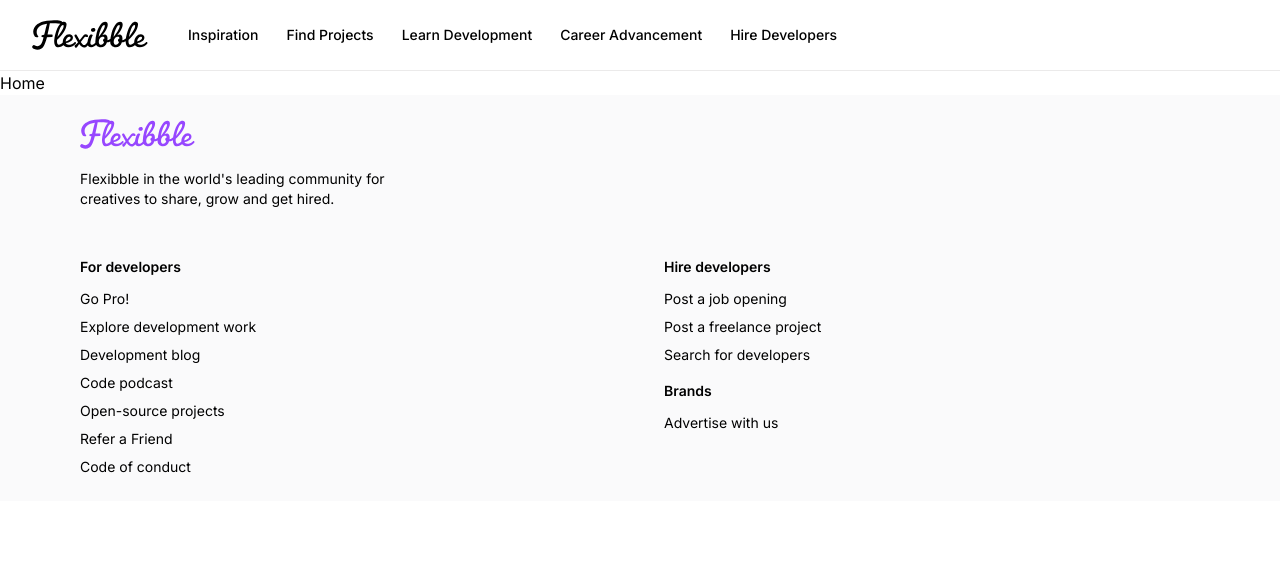
Repository: nazmulislam4/flexibble
Page: /
These files come from the project's save history. The page is drawn as it stood at one moment and after the next save; the edit follows.
The browser window is 1280 px wide. The pictures show the whole page.
The project was rebuilt for these pictures with package versions that can differ from the ones it lists, and the page was loaded fresh each time. The framework's server and built-in components were replaced by stand-ins that run in the browser. Also part of the build but not shown: next.config.mjs, src/components/AuthProvider.tsx.

Above is the page before, as saved 2024-03-12 01:30:12.

After the next save:
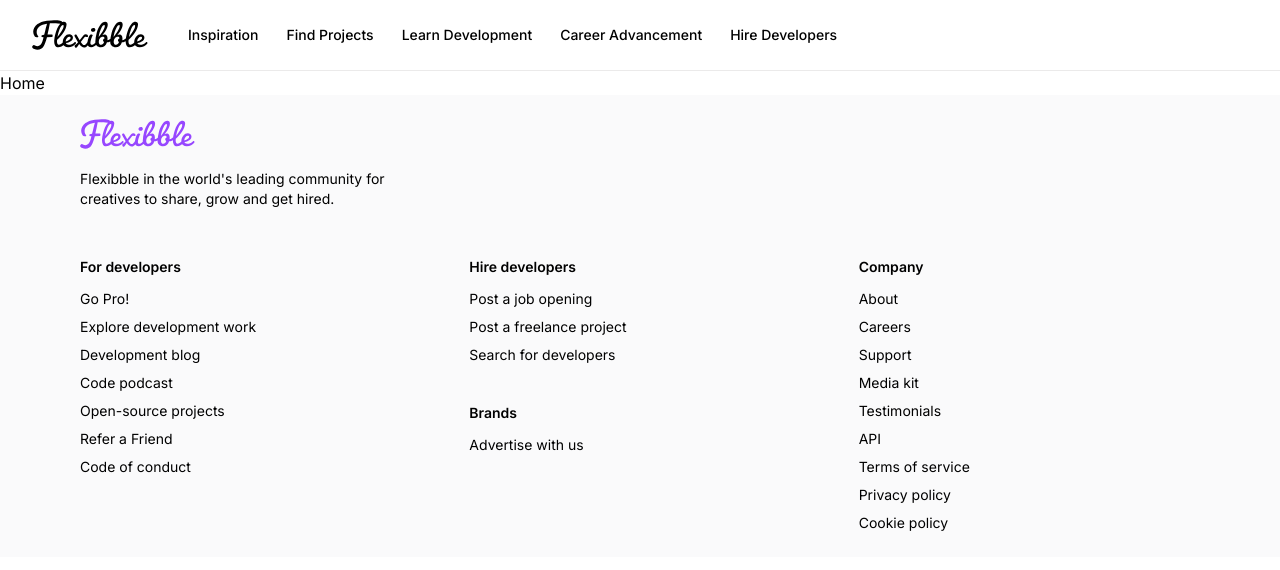
Saved 3 min 9 s later.
--- a/src/components/Footer.tsx
+++ b/src/components/Footer.tsx
@@ -34,6 +34,10 @@
               links={footerLinks[2].links}
             />
           </div>
+          <FooterColumn
+            title={footerLinks[3].title}
+            links={footerLinks[3].links}
+          />
         </div>
       </div>
     </footer>
